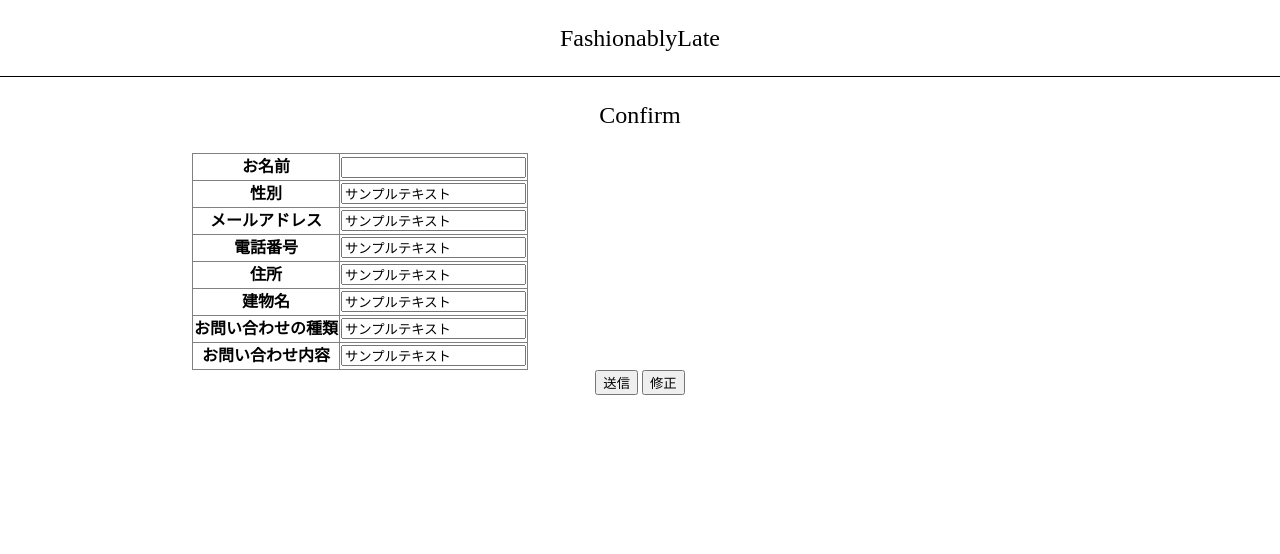
Repository: mayu-ya/test_form
Page: http://localhost/
These files come from the project's save history. The page is drawn as it stood at one moment and after the next save; the edit follows.
The browser window is 1280 px wide. The pictures show the whole page.
The page is served by the project's Laravel application, run on PHP 8.4 with Laravel 8. Other server files are loaded and not shown.

Above is the page before, as saved 2026-01-17 11:31:52.

### src/routes/web.php
<?php

use Illuminate\Support\Facades\Route;
use App\Http\Controllers\ContactController;

/*
|--------------------------------------------------------------------------
| Web Routes
|--------------------------------------------------------------------------
|
| Here is where you can register web routes for your application. These
| routes are loaded by the RouteServiceProvider within a group which
| contains the "web" middleware group. Now create something great!
|
*/

Route::get('/', [ContactController::class, 'index']);

### src/app/Http/Controllers/ContactController.php
<?php

namespace App\Http\Controllers;

use Illuminate\Http\Request;

class ContactController extends Controller
{
    public function index()
    {
        return view('confirm');
    }
}

### src/resources/views/confirm.blade.php
@extends('layouts.app')

@section('css')
<link rel="stylesheet" href="{{ asset('css/confirm.css') }}">
@endsection

@section('content')
<div class="content">
    <div class="title">
        <h2 class="title-h">Confirm</h2>
    </div>

    <form action="" class="form">
        <table class="table" border="1">
            <tr class="table-row">
                <th class="table-title">お名前</th>
                <td class="table-content">
                    <input type="text" class="table-content__input" name="name">
                </td>
            </tr>
            <tr class="table-row">
                <th class="table-title">性別</th>
                <td class="table-content">
                    <input type="text" class="table-content__input" name="name" value="サンプルテキスト">
                </td>
            </tr>
            <tr class="table-row">
                <th class="table-title">メールアドレス</th>
                <td class="table-content">
                    <input type="text" class="table-content__input" name="email" value="サンプルテキスト">
                </td>
            </tr>
            <tr class="table-row">
                <th class="table-title">電話番号</th>
                <td class="table-content">
                    <input type="text" class="table-content__input" name="tel" value="サンプルテキスト">
                </td>
            </tr>
            <tr class="table-row">
                <th class="table-title">住所</th>
                <td class="table-content">
                    <input type="text" class="table-content__input" name="address" value="サンプルテキスト">
                </td>
            </tr>
            <tr class="table-row">
                <th class="table-title">建物名</th>
                <td class="table-content">
                    <input type="text" class="table-content__input" name="building" value="サンプルテキスト">
                </td>
            </tr>
            <tr class="table-row">
                <th class="table-title">お問い合わせの種類</th>
                <td class="table-content">
                    <input type="text" class="table-content__input" name="content" value="サンプルテキスト">
                </td>
            </tr>
            <tr class="table-row">
                <th class="table-title">お問い合わせ内容</th>
                <td class="table-content">
                    <input type="text" class="table-content__input" name="detail" value="サンプルテキスト">
                </td>
            </tr>
        </table>

        <div class="form__button">
            <button class="form__button-submit" type="submit">送信</button>
            <button class="form__button-correct" type="submit">修正</button>
        </div>
    </form>
</div>
@endsection

### src/resources/views/layouts/app.blade.php
<!DOCTYPE html>
<html lang="ja">
<head>
    <meta charset="UTF-8">
    <meta name="viewport" content="width=device-width, initial-scale=1.0">
    <title>FashionablyLate</title>
    <link rel="stylesheet" href="{{ asset('css/common.css') }}">
    <link rel="stylesheet" href="{{ asset('css/sanitize.css') }}">
    @yield('css')
</head>
<body>
    <header class="header">
        <div class="header-title">
            <div class="header-title__item">FashionablyLate</div>
        </div>
        @yield('header')
    </header>

    <main>
        @yield('content')
    </main>
</body>
</html>

### src/public/css/common.css
.header{
    border-bottom: 1px solid #000;
}

.header-title {
    margin: 0 auto;
    padding: 20px 15px;
    max-width: 1230px;
}

.header-title__item {
    font-size: 24px;
    text-align: center;
}

### src/public/css/sanitize.css
/* Document
* ========================================================================== */

/**
* Add border box sizing in all browsers (opinionated).
*/

*,
::before,
::after {
  box-sizing: border-box;
}

/**
* 1. Add text decoration inheritance in all browsers (opinionated).
* 2. Add vertical alignment inheritance in all browsers (opinionated).
*/

::before,
::after {
  vertical-align: inherit;
  /* 2 */
  text-decoration: inherit;
  /* 1 */
}

/**
* 1. Use the default cursor in all browsers (opinionated).
* 2. Change the line height in all browsers (opinionated).
* 3. Use a 4-space tab width in all browsers (opinionated).
* 4. Remove the grey highlight on links in iOS (opinionated).
* 5. Prevent adjustments of font size after orientation changes in
*    IE on Windows Phone and in iOS.
* 6. Breaks words to prevent overflow in all browsers (opinionated).
*/

html {
  word-break: break-word;
  /* 6 */
  -moz-tab-size: 4;
  /* 3 */
  tab-size: 4;
  /* 3 */
  line-height: 1.5;
  /* 2 */
  cursor: default;
  /* 1 */

  -webkit-tap-highlight-color: transparent
    /* 4 */
  ;
  -ms-text-size-adjust: 100%;
  /* 5 */
  -webkit-text-size-adjust: 100%;
  /* 5 */
}

/* Sections
* ========================================================================== */

/**
* Remove the margin in all browsers (opinionated).
*/

body {
  margin: 0;
}

/**
* Correct the font size and margin on `h1` elements within `section` and
* `article` contexts in Chrome, Edge, Firefox, and Safari.
*/

h1 {
  margin: 0.67em 0;
  font-size: 2em;
}

/* Grouping content
* ========================================================================== */

/**
* Remove the margin on nested lists in Chrome, Edge, IE, and Safari.
*/

dl dl,
dl ol,
dl ul,
ol dl,
ul dl {
  margin: 0;
}

/**
* Remove the margin on nested lists in Edge 18- and IE.
*/

ol ol,
ol ul,
ul ol,
ul ul {
  margin: 0;
}

/**
* 1. Add the correct sizing in Firefox.
* 2. Show the overflow in Edge 18- and IE.
*/

hr {
  overflow: visible;
  /* 2 */
  height: 0;
  /* 1 */
}

/**
* Add the correct display in IE.
*/

main {
  display: block;
}

/**
* Remove the list style on navigation lists in all browsers (opinionated).
*/

nav ol,
nav ul {
  padding: 0;
  list-style: none;
}

/**
* 1. Correct the inheritance and scaling of font size in all browsers.
* 2. Correct the odd `em` font sizing in all browsers.
*/

pre {
  font-size: 1em;
  /* 2 */
  font-family: monospace, monospace;
  /* 1 */
}

/* Text-level semantics
* ========================================================================== */

/**
* Remove the gray background on active links in IE 10.
*/

a {
  background-color: transparent;
}

/**
* Add the correct text decoration in Edge 18-, IE, and Safari.
*/

abbr[title] {
  text-decoration: underline;
  text-decoration: underline dotted;
}

/**
* Add the correct font weight in Chrome, Edge, and Safari.
*/

b,
strong {
  font-weight: bolder;
}

/**
* 1. Correct the inheritance and scaling of font size in all browsers.
* 2. Correct the odd `em` font sizing in all browsers.
*/

code,
kbd,
samp {
  font-size: 1em;
  /* 2 */
  font-family: monospace, monospace;
  /* 1 */
}

/**
* Add the correct font size in all browsers.
*/

small {
  font-size: 80%;
}

/* Embedded content
* ========================================================================== */

/*
* Change the alignment on media elements in all browsers (opinionated).
*/

audio,
canvas,
iframe,
img,
svg,
video {
  vertical-align: middle;
}

/**
* Add the correct display in IE 9-.
*/

audio,
video {
  display: inline-block;
}

/**
* Add the correct display in iOS 4-7.
*/

audio:not([controls]) {
  display: none;
  height: 0;
}

/**
* Remove the border on iframes in all browsers (opinionated).
*/

iframe {
  border-style: none;
}

/**
* Remove the border on images within links in IE 10-.
*/

img {
  border-style: none;
}

/**
* Change the fill color to match the text color in all browsers (opinionated).
*/

svg:not([fill]) {
  fill: currentColor;
}

/**
* Hide the overflow in IE.
*/

svg:not(:root) {
  overflow: hidden;
}

/* Tabular data
* ========================================================================== */

/**
* Collapse border spacing in all browsers (opinionated).
*/

table {
  border-collapse: collapse;
}

/* Forms
* ========================================================================== */

/**
* Remove the margin on controls in Safari.
*/

button,
input,
select {
  margin: 0;
}

/**
* 1. Show the overflow in IE.
* 2. Remove the inheritance of text transform in Edge 18-, Firefox, and IE.
*/

button {
  overflow: visible;
  /* 1 */
  text-transform: none;
  /* 2 */
}

/**
* Correct the inability to style buttons in iOS and Safari.
*/

button,
[type="button"],
[type="reset"],
[type="submit"] {
  -webkit-appearance: button;
}

/**
* 1. Change the inconsistent appearance in all browsers (opinionated).
* 2. Correct the padding in Firefox.
*/

fieldset {
  padding: 0.35em 0.75em 0.625em;
  /* 2 */
  border: 1px solid #a0a0a0;
  /* 1 */
}

/**
* Show the overflow in Edge 18- and IE.
*/

input {
  overflow: visible;
}

/**
* 1. Correct the text wrapping in Edge 18- and IE.
* 2. Correct the color inheritance from `fieldset` elements in IE.
*/

legend {
  display: table;
  /* 1 */
  max-width: 100%;
  /* 1 */
  color: inherit;
  /* 2 */
  white-space: normal;
  /* 1 */
}

/**
* 1. Add the correct display in Edge 18- and IE.
* 2. Add the correct vertical alignment in Chrome, Edge, and Firefox.
*/

progress {
  display: inline-block;
  /* 1 */
  vertical-align: baseline;
  /* 2 */
}

/**
* Remove the inheritance of text transform in Firefox.
*/

select {
  text-transform: none;
}

/**
* 1. Remove the margin in Firefox and Safari.
* 2. Remove the default vertical scrollbar in IE.
* 3. Change the resize direction in all browsers (opinionated).
*/

textarea {
  overflow: auto;
  /* 2 */
  margin: 0;
  /* 1 */
  resize: vertical;
  /* 3 */
}

/**
* Remove the padding in IE 10-.
*/

[type="checkbox"],
[type="radio"] {
  padding: 0;
}

/**
* 1. Correct the odd appearance in Chrome, Edge, and Safari.
* 2. Correct the outline style in Safari.
*/

[type="search"] {
  outline-offset: -2px;
  /* 2 */

  -webkit-appearance: textfield;
  /* 1 */
}

/**
* Correct the cursor style of increment and decrement buttons in Safari.
*/

::-webkit-inner-spin-button,
::-webkit-outer-spin-button {
  height: auto;
}

/**
* Correct the text style of placeholders in Chrome, Edge, and Safari.
*/

::-webkit-input-placeholder {
  color: inherit;
  opacity: 0.54;
}

/**
* Remove the inner padding in Chrome, Edge, and Safari on macOS.
*/

::-webkit-search-decoration {
  -webkit-appearance: none;
}

/**
* 1. Correct the inability to style upload buttons in iOS and Safari.
* 2. Change font properties to `inherit` in Safari.
*/

::-webkit-file-upload-button {
  font: inherit;
  /* 2 */

  -webkit-appearance: button;
  /* 1 */
}

/**
* Remove the inner border and padding of focus outlines in Firefox.
*/

::-moz-focus-inner {
  padding: 0;
  border-style: none;
}

/**
* Restore the focus outline styles unset by the previous rule in Firefox.
*/

:-moz-focusring {
  outline: 1px dotted ButtonText;
}

/**
* Remove the additional :invalid styles in Firefox.
*/

:-moz-ui-invalid {
  box-shadow: none;
}

/* Interactive
* ========================================================================== */

/*
* Add the correct display in Edge 18- and IE.
*/

details {
  display: block;
}

/*
* Add the correct styles in Edge 18-, IE, and Safari.
*/

dialog {
  position: absolute;
  right: 0;
  left: 0;
  display: block;
  margin: auto;
  padding: 1em;
  width: -moz-fit-content;
  width: -webkit-fit-content;
  width: fit-content;
  height: -moz-fit-content;
  height: -webkit-fit-content;
  height: fit-content;
  border: solid;
  background-color: white;
  color: black;
}

dialog:not([open]) {
  display: none;
}

/*
* Add the correct display in all browsers.
*/

summary {
  display: list-item;
}

/* Scripting
* ========================================================================== */

/**
* Add the correct display in IE 9-.
*/

canvas {
  display: inline-block;
}

/**
* Add the correct display in IE.
*/

template {
  display: none;
}

/* User interaction
* ========================================================================== */

/*
* 1. Remove the tapping delay in IE 10.
* 2. Remove the tapping delay on clickable elements
in all browsers (opinionated).
*/

a,
area,
button,
input,
label,
select,
summary,
textarea,
[tabindex] {
  -ms-touch-action: manipulation;
  /* 1 */
  touch-action: manipulation;
  /* 2 */
}

/**
* Add the correct display in IE 10-.
*/

[hidden] {
  display: none;
}

/* Accessibility
* ========================================================================== */

/**
* Change the cursor on busy elements in all browsers (opinionated).
*/

[aria-busy="true"] {
  cursor: progress;
}

/*
* Change the cursor on control elements in all browsers (opinionated).
*/

[aria-controls] {
  cursor: pointer;
}

/*
* Change the cursor on disabled, not-editable, or otherwise
* inoperable elements in all browsers (opinionated).
*/

[aria-disabled="true"],
[disabled] {
  cursor: not-allowed;
}

/*
* Change the display on visually hidden accessible elements
* in all browsers (opinionated).
*/

[aria-hidden="false"][hidden] {
  display: initial;
}

[aria-hidden="false"][hidden]:not(:focus) {
  position: absolute;
  clip: rect(0, 0, 0, 0);
}

### src/public/css/confirm.css
.content {
    max-width: 1536px;
}

.title {
    margin: 0 auto;
}

.title-h {
    text-align: center;
    font-weight: lighter;
}

.form {
    width: 70%;
    margin: 0 auto;
    text-align: center;
    margin-bottom: 20px;
}

.table {

}

Loaded but not shown: src/app/Http/Controllers/Controller.php (common file)

After the next save:
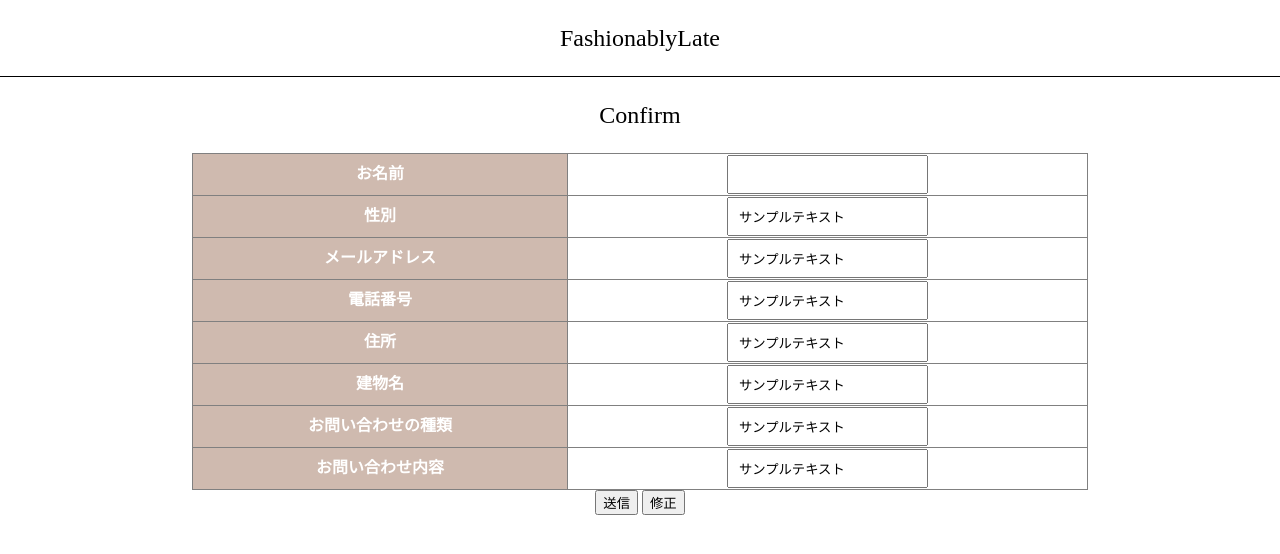
Saved 59 s later.
--- a/src/public/css/confirm.css
+++ b/src/public/css/confirm.css
@@ -19,5 +19,14 @@
 }
 
 .table {
+    width: 100%;
+}
 
+.table-title {
+    color: white;
+    background: #cfbaaf;
 }
+
+.table-content__input {
+    padding: 10px;
+}
